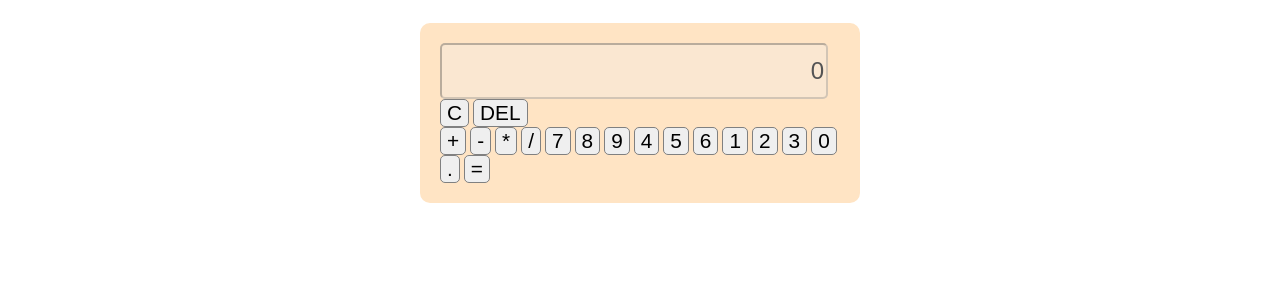
Repository: jaskeat/Calculator
Page: index.html
The author's editor kept a copy of each file at every save. The page is drawn from the files as they stood at one save, then again after the next save.
The browser window is 1280 px wide. The pictures show the whole page.

Above is the page before, as saved 2024-09-05 09:12:57.

### index.html
<!DOCTYPE html>
<html lang="en">
	<head>
		<meta charset="UTF-8" />
		<meta name="viewport" content="width=device-width, initial-scale=1.0" />
		<title>Calculator</title>
		<link rel="stylesheet" href="style.css" />
	</head>
	<body>
		<div class="calculator">
			<div class="display">
				<input type="text" class="display-input" value="0" disabled />
			</div>
			<div class="buttons">
				<div class="extrabtn">
					<button class="btn" onclick="clearDisplay()">C</button>
					<button class="btn" onclick="deleteLast()">DEL</button>
				</div>
				<button class="btn" onclick="append('+')">+</button>
				<button class="btn" onclick="append('-')">-</button>
				<button class="btn" onclick="append('*')">*</button>
				<button class="btn" onclick="append('/')">/</button>
				<button class="btn" onclick="append('7')">7</button>
				<button class="btn" onclick="append('8')">8</button>
				<button class="btn" onclick="append('9')">9</button>
				<button class="btn" onclick="append('4')">4</button>
				<button class="btn" onclick="append('5')">5</button>
				<button class="btn" onclick="append('6')">6</button>
				<button class="btn" onclick="append('1')">1</button>
				<button class="btn" onclick="append('2')">2</button>
				<button class="btn" onclick="append('3')">3</button>
				<button class="btn" onclick="append('0')">0</button>
				<button class="btn" onclick="append('.')">.</button>
				<button class="btn" onclick="calculate()">=</button>
			</div>
		</div>
		<script src="script.js"></script>
	</body>
</html>

### style.css
body {
	display: flex;
	justify-content: center;
	align-items: center;
}

.calculator {
	width: 400px;
	max-width: 600px;
	height: auto;
	margin: 15px;
	padding: 20px;
	background-color: bisque;
	border-radius: 10px;
}

.btn {
	border-radius: 5px;
	border: 1px grey solid;
	font-size: 1.3rem;
}

input {
	width: 380px;
	height: 50px;
	font-size: 1.5rem;
	text-align: right;
	border-radius: 5px;
}

Loaded but not shown: script.js (no copy from this time; the picture is the same without it)

After the next save:
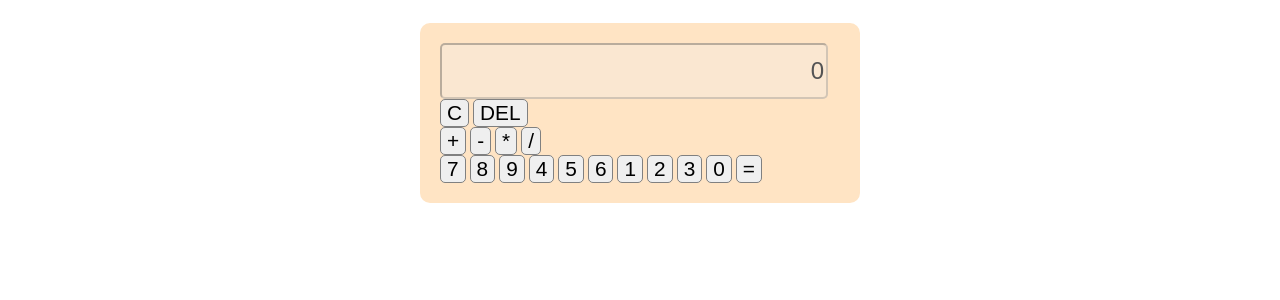
Saved 49 s later.
--- a/index.html
+++ b/index.html
@@ -16,22 +16,27 @@
 					<button class="btn" onclick="clearDisplay()">C</button>
 					<button class="btn" onclick="deleteLast()">DEL</button>
 				</div>
-				<button class="btn" onclick="append('+')">+</button>
-				<button class="btn" onclick="append('-')">-</button>
-				<button class="btn" onclick="append('*')">*</button>
-				<button class="btn" onclick="append('/')">/</button>
-				<button class="btn" onclick="append('7')">7</button>
-				<button class="btn" onclick="append('8')">8</button>
-				<button class="btn" onclick="append('9')">9</button>
-				<button class="btn" onclick="append('4')">4</button>
-				<button class="btn" onclick="append('5')">5</button>
-				<button class="btn" onclick="append('6')">6</button>
-				<button class="btn" onclick="append('1')">1</button>
-				<button class="btn" onclick="append('2')">2</button>
-				<button class="btn" onclick="append('3')">3</button>
-				<button class="btn" onclick="append('0')">0</button>
-				<button class="btn" onclick="append('.')">.</button>
-				<button class="btn" onclick="calculate()">=</button>
+
+				<div class="operators">
+					<button class="btn" onclick="append('+')">+</button>
+					<button class="btn" onclick="append('-')">-</button>
+					<button class="btn" onclick="append('*')">*</button>
+					<button class="btn" onclick="append('/')">/</button>
+				</div>
+
+				<div class="numbers">
+					<button class="btn" onclick="append('7')">7</button>
+					<button class="btn" onclick="append('8')">8</button>
+					<button class="btn" onclick="append('9')">9</button>
+					<button class="btn" onclick="append('4')">4</button>
+					<button class="btn" onclick="append('5')">5</button>
+					<button class="btn" onclick="append('6')">6</button>
+					<button class="btn" onclick="append('1')">1</button>
+					<button class="btn" onclick="append('2')">2</button>
+					<button class="btn" onclick="append('3')">3</button>
+					<button class="btn" onclick="append('0')">0</button>
+					<button class="btn" onclick="calculate()">=</button>
+				</div>
 			</div>
 		</div>
 		<script src="script.js"></script>
